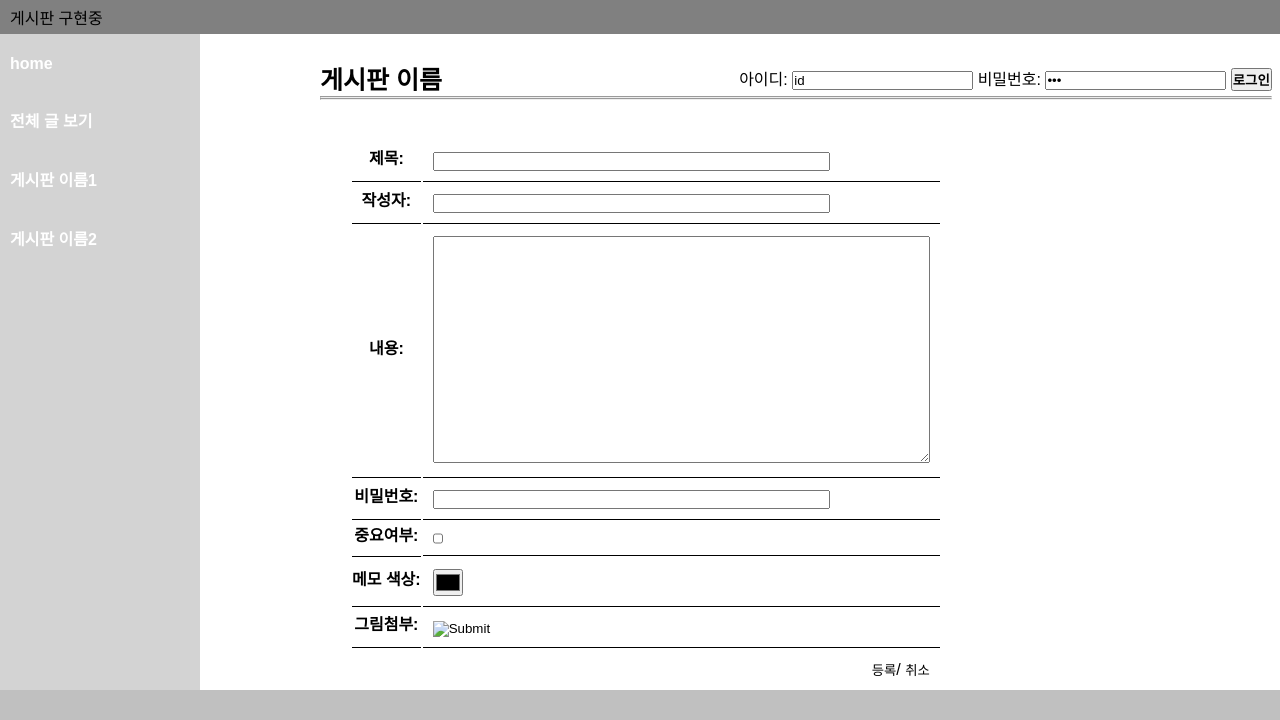
Repository: hyeon-jin-park/study
Page: work/internet_programing/Test_final/public/input.html
These files come from the project's save history. The page is drawn as it stood at one moment and after the next save; the edit follows.
The browser window is 1280 px wide. The pictures show the whole page.

Above is the page before, as saved 2025-03-22 13:40:57.

After the next save:
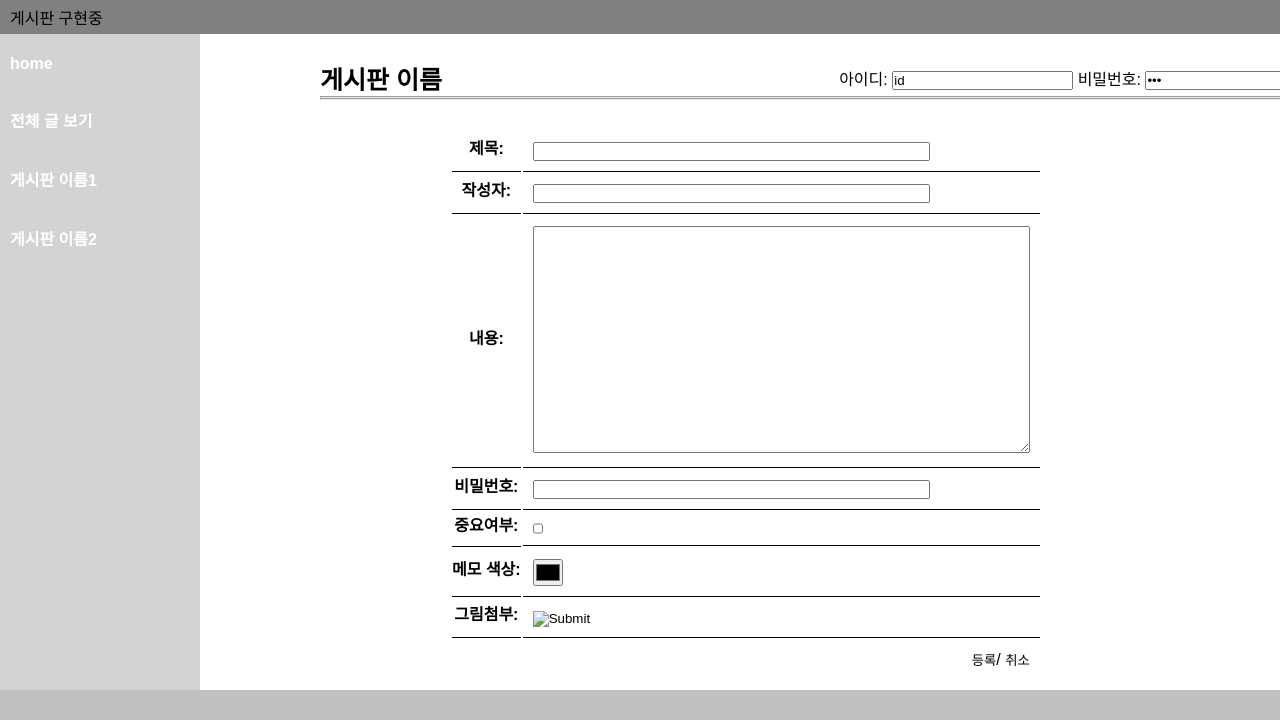
Saved 26 s later.
--- a/work/internet_programing/Test_final/public/layout.css
+++ b/work/internet_programing/Test_final/public/layout.css
@@ -87,8 +87,9 @@
 
 		}
 		.input_form{
-			padding:30px 20px;
+			padding:20px 20px;
 			width:100%;
+			margin-left:100px;
     		margin-bottom:10000px;
 		}
 		.input_form table{
